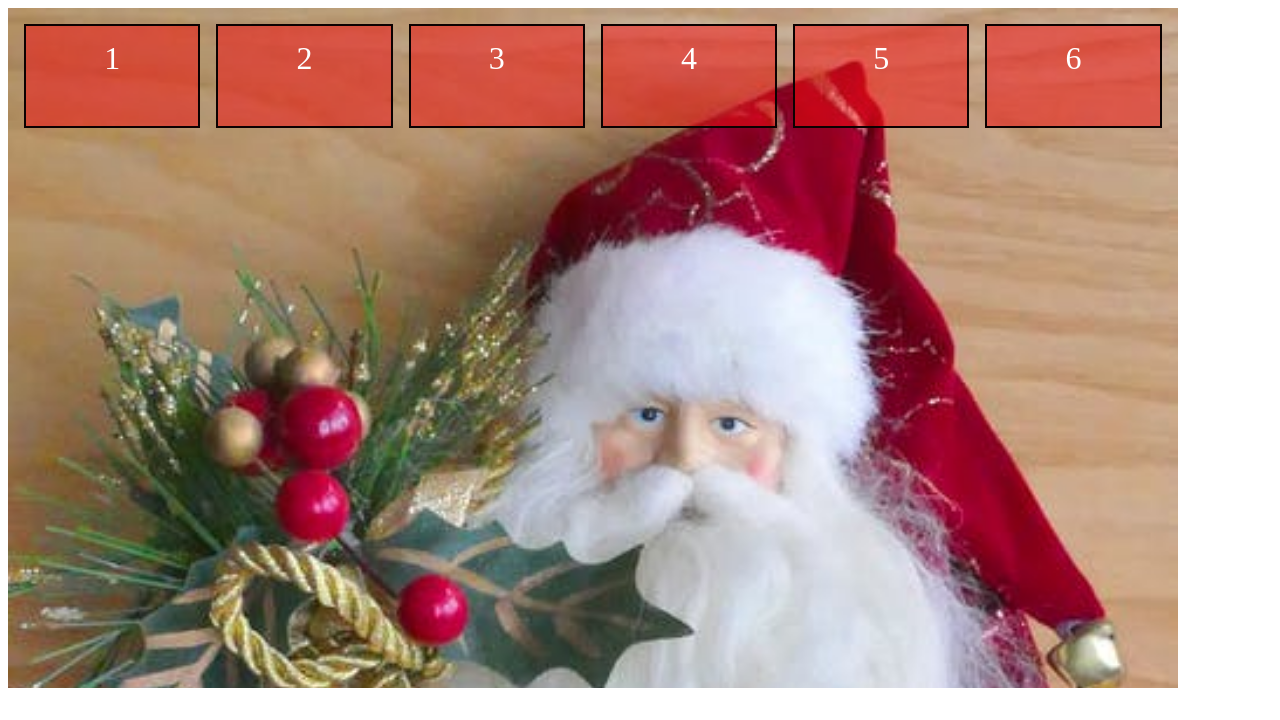
Repository: hindrik40/julprogram-js
Page: advent.html
An editor plug-in stored every save of this project. The page is shown before and after the next save, followed by the edit.
The browser window is 1280 px wide. The pictures show the whole page.

Above is the page before, as saved 2021-12-30 16:23:47.

After the next save:
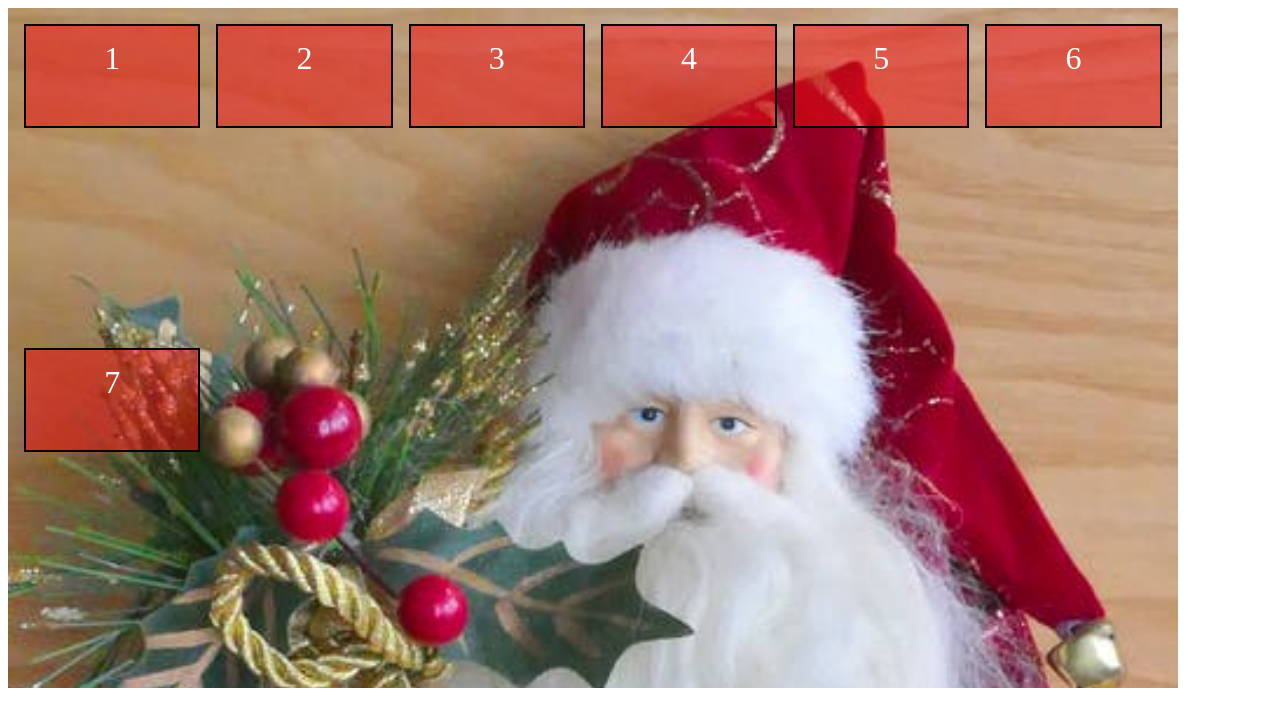
Saved 83 s later.
--- a/advent.js
+++ b/advent.js
@@ -2,7 +2,7 @@
 //!DOM element
 const adventCalender = document.getElementById("adventCalender");
 //!variabler for the days in a array luckor med bilder
-let doors = ["jul1.jpeg", "jul2.gif", "jul3.jpeg", "jul4.jpeg", "jul5.jpeg", "jul6.jpeg"];
+let doors = ["jul1.jpeg", "jul2.gif", "jul3.jpeg", "jul4.jpeg", "jul5.jpeg", "jul6.jpeg","jul7.gif"];
 //!variabler for the days in a array luckor med bilder
 //!Itererar igenom arrayen och skapa en räknare
 let counter = 1;
